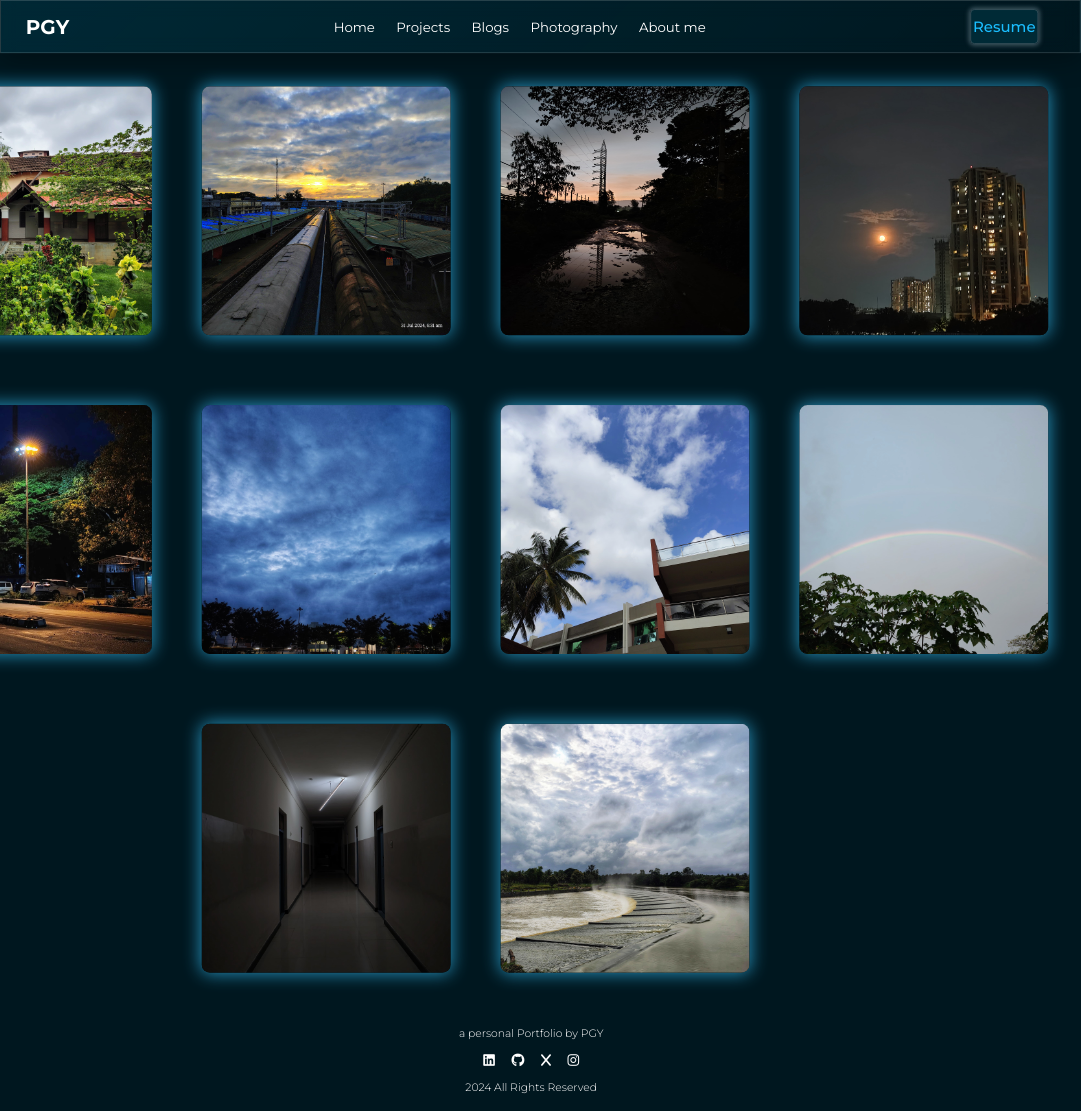
Repository: pgyunknown/pgyunknown
Page: photography.html
These files come from the project's save history. The page is drawn as it stood at one moment and after the next save; the edit follows.
The browser window is 1280 px wide. The page is 1302 px wide, so the pictures cover 1302 px, including what lies to the right of the window. The pictures show the whole page, at 83% of full size.
Some web libraries are served in a nearby version.

Above is the page before, as saved 2024-08-24 01:35:26.

### photography.html
<!DOCTYPE html>
<html lang="en">
<head>
    <meta charset="UTF-8">
    <meta name="viewport" content="width=device-width, initial-scale=1.0">
    <title>Personal portfolio</title>
    <link rel="stylesheet" href="photography.css">
    <link rel="preconnect" href="https://fonts.googleapis.com">
<link rel="preconnect" href="https://fonts.gstatic.com" crossorigin>
<link href="https://fonts.googleapis.com/css2?family=Libre+Baskerville:ital,wght@0,400;0,700;1,400&family=Montserrat:ital,wght@0,100..900;1,100..900&family=Titillium+Web:ital,wght@0,200;0,300;0,400;0,600;0,700;0,900;1,200;1,300;1,400;1,600;1,700&display=swap" rel="stylesheet">
<link rel="stylesheet" href="https://cdnjs.cloudflare.com/ajax/libs/font-awesome/6.6.0/css/all.min.css" integrity="sha512-Kc323vGBEqzTmouAECnVceyQqyqdsSiqLQISBL29aUW4U/M7pSPA/gEUZQqv1cwx4OnYxTxve5UMg5GT6L4JJg==" crossorigin="anonymous" referrerpolicy="no-referrer" />
</head>
<body>

    <header>
        <div class="pgy_con">
                <div class="pgy"><a href="#">PGY</a></div>
        </div>
        <nav>
                <div class="nav_bar">
                <a href="index.html" id="home">Home</a>
                <a href="#"id="projects">Projects</a>
                <a href="blog.html"id="blogs">Blogs</a>
                <a href="photography.html"id="photo">Photography</a>
                <a href="#"id="About">About me</a>
                </div>
            </nav>
        <div class="resume_con">
                <button onclick="alert('Resume yet to be uploaded')">Resume</button>
        </div>
    </header>
    <main>
        <div class="contianer">
        <div ><img src="imgs/pic (1).jpg" alt=""></div>
        <div ><img src="imgs/pic (2).jpg" alt=""></div>
        <div ><img src="imgs/pic (3).jpg" alt=""></div>
        <div ><img src="imgs/pic (4).jpg" alt=""></div>
        </div>

        <div class="contianer">
        <div ><img src="imgs/pic (5).jpg" alt=""></div>
        <div ><img src="imgs/pic (7).jpg" alt=""></div>
        <div ><img src="imgs/pic (6).jpg" alt=""></div>
        <div ><img src="imgs/pic (8).jpg" alt=""></div>
        </div>

        <div class="contianer">
        <div ><img src="imgs/pic (9).jpg" alt=""></div>
        <div ><img src="imgs/pic (10).jpg" alt=""></div>

        </div>

        </main>
    </main>
<footer>
        <div class="footer_port">a personal Portfolio by PGY</div>
        <div class="footer_icons">
            <a href="https://www.linkedin.com/in/p-gokul-yadav-82548a295?utm_source=share&utm_campaign=share_via&utm_content=profile&utm_medium=android_app" alt="Gokul's linkedin profile" target="_blank"><i class="fa-brands fa-linkedin"></i></a>
            <a href="https://github.com/pgyunknown" alt="Gokul Github profile" target="_blank" alt="Gokul's Github profile" ><i class="fa-brands fa-github"></i></a>
            <a href=" https://x.com/cody_hunk?t=EkARfGCWhhBT_BHbby4DGw&s=08 " target="_blank" alt="Gokul's X profile" ><i class="fa-brands fa-x" ></i></a>
            <a href="#" target="_blank" alt="Gokul's fa-instagram profile" ><i class="fa-brands fa-instagram" ></i></a>
        </div>
        <div class="copyrights">2024 All Rights Reserved</div>
    </footer>
</body>
</html>

### photography.css
*{margin: 0px;
    padding: 0px;
}
body{
    background-color: #00171F;
    color: white;
    box-sizing: border-box;


}
a{
    text-decoration: none;
    color: inherit;
}

header{
    display: flex;
    justify-content: space-between;
    align-items: center;
    padding: 10px;
    /* Glassy effect */
    background: linear-gradient(135deg, rgba(0, 200, 255, 0.1), rgba(255, 255, 255, 0));
    backdrop-filter: blur(10px);
    -webkit-backdrop-filter: blur(10px);
    border:1px solid rgba(255, 255, 255, 0.18);
    box-shadow: 0 8px 32px 0 rgba(0, 0, 0, 0.37);

    overflow: hidden;
    position: sticky; /* Set the navbar to fixed position */
    top: 0; /* Position the navbar at the top of the page */
    width: 100%;
}

.pgy_con
{
    margin-left: 20px;
    font-family: "Montserrat", sans-serif;
    font-optical-sizing: auto;
    font-size: x-large;
    font-weight: 700;
    font-style: normal;
    align-items: end;

}

.pgy_con .pgy a{
    text-decoration: none;
}
.nav_bar {
        /* height: 50px; */
    width: 500px;
    display: flex;
    justify-content: space-evenly;

    transition-property: all;
    transition-timing-function: ease-in-out;
    transition-delay: 1s;


}

.nav_bar a{
    box-sizing: border-box;
    font-family: "Montserrat", sans-serif;
    font-optical-sizing: auto;
    font-weight: 400;
    font-style: normal;
    text-decoration: none;
    justify-content: space-around;
    align-items: center;
    padding-top:10px;
    padding-bottom :10px;
    /* padding-right:10px ;
    padding-left:10px ; */
}

.nav_bar a:hover{
    color: #FFC107;
    text-shadow: #FFC107 0px 0px  1px;
    border-bottom: 0.5px solid #FFC107;


}


.resume_con {
    display: flex;
    justify-content: center;
    margin-right: 20px;
    background-color: #00171F;
    margin-right: 40px;
}
.resume_con button{
    background-color:rgba(0, 200, 255, 0.1);
    box-sizing: content-box;
    height: 2.5rem;
    width: 5rem;
    font-family: "Montserrat", sans-serif;
    font-optical-sizing: auto;
    font-size: large;
    font-weight: 500;
    font-style: normal;
    color: #1ABEFF;
    border: 0.0001px solid #3c555f;
    border-radius: 0.3rem;
    box-shadow: 0px 0px 5px 2px #3c555f;

}
main{
    height: 100%;
    width:1125px;
}

main .contianer{
    height: 100%;
    width: 100%;
    padding: 10px;
    display: flex;
    flex-direction: row;
    justify-content: center;
    align-items: center;


}

main .contianer img{
    height: 300px;
    width: 300px;
    margin: 30px;
    border-radius:10px;
    /* border: 1px solid #2792bd; */
    box-shadow: 0px 0px 20px 1px #2792bd;
}



footer{
    display: flex;
    flex-direction:column;
    justify-content: center;
    align-items: center;
    margin-top: 20px;
    margin-bottom: 20px;
    font-family: "Montserrat", sans-serif;
    font-optical-sizing: auto;
    font-size: small;
    font-weight: 300;
    font-style: normal;
}

.footer_icons{
    display: flex;
    justify-content: center;
    align-items: center;
    width: 50px;
    height: 50px;
}



.copyrights{
    display: flex;
    justify-content: center;
    align-items: center;
}

.footer_icons a{
font-size: medium;
padding: 10px;
width: 50px;
height: 50px;
display: flex;
justify-content: center;
align-items: center;
}

After the next save:
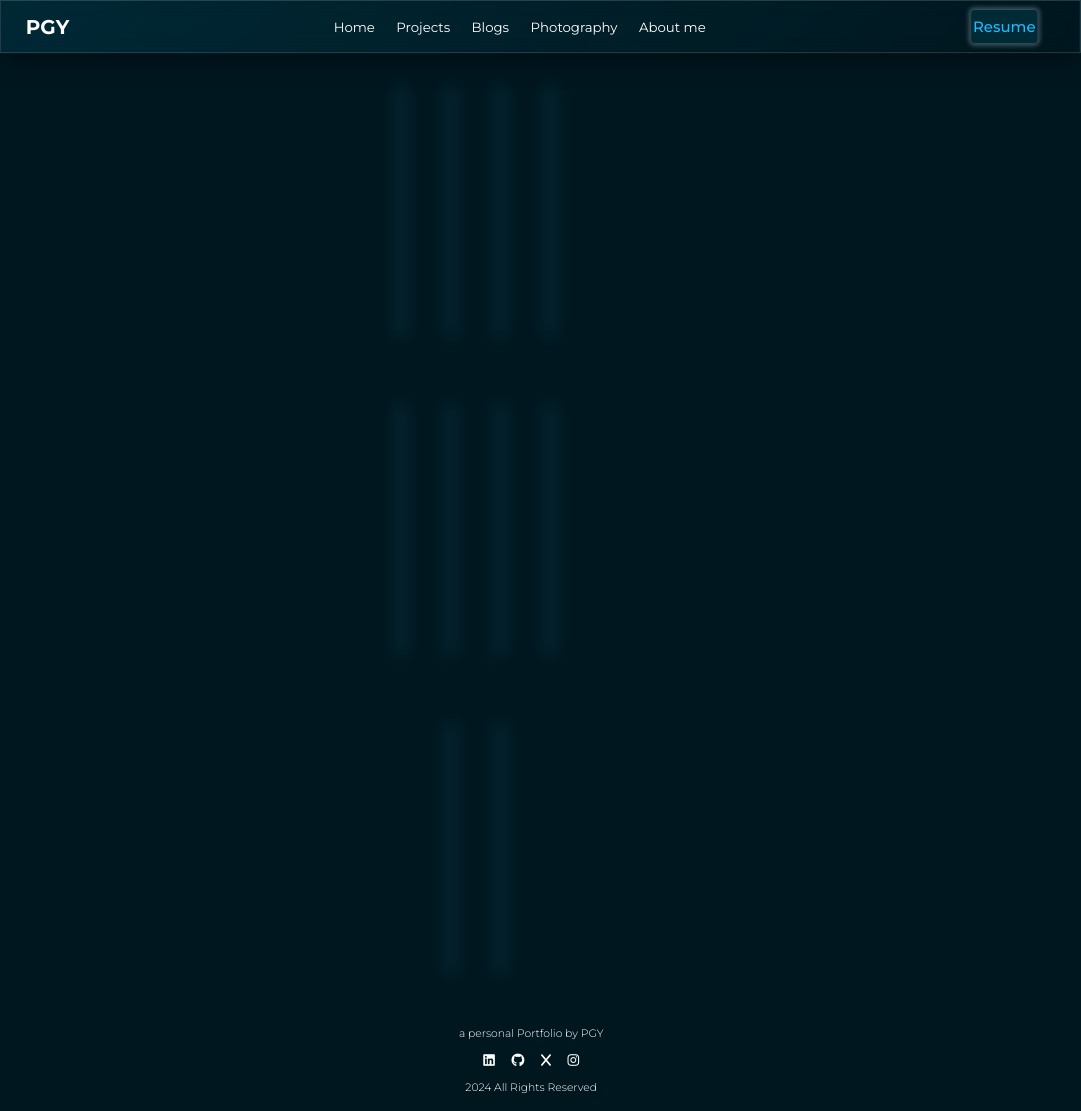
Saved 58 s later.
--- a/photography.css
+++ b/photography.css
@@ -125,7 +125,7 @@ main .contianer{
 
 main .contianer img{
     height: 300px;
-    width: 300px;
+    width: 00px;
     margin: 30px;
     border-radius:10px;
     /* border: 1px solid #2792bd; */

After the save that followed:
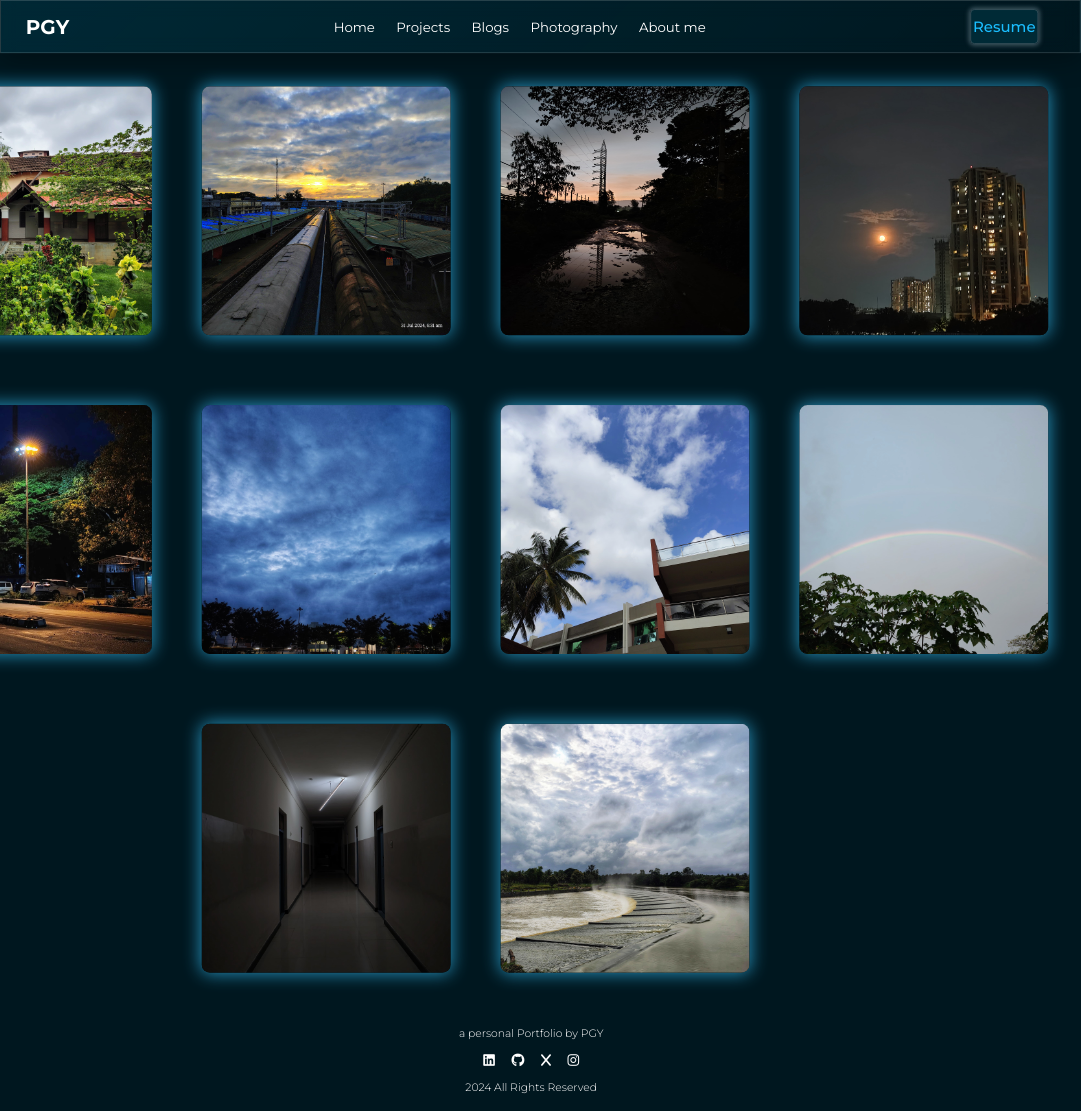
Saved 5 s later.
--- a/photography.css
+++ b/photography.css
@@ -125,7 +125,7 @@ main .contianer{
 
 main .contianer img{
     height: 300px;
-    width: 00px;
+    width: 300px;
     margin: 30px;
     border-radius:10px;
     /* border: 1px solid #2792bd; */
